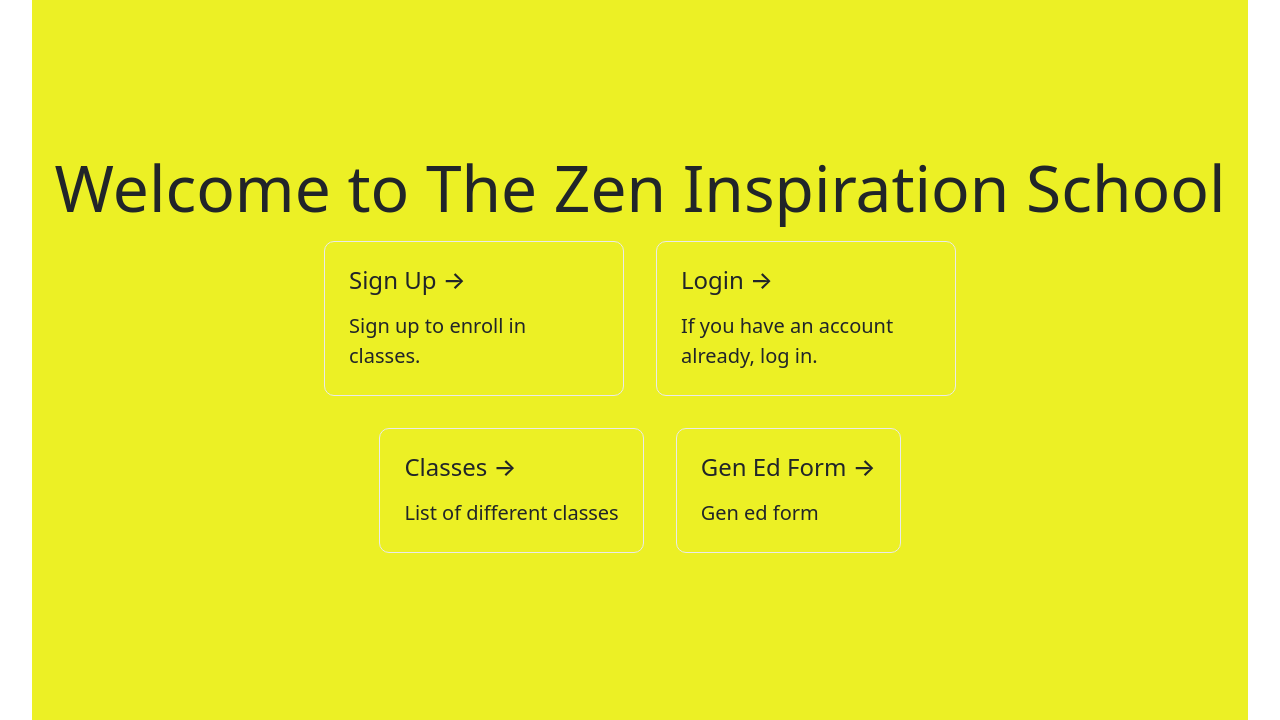
Repository: collegedude9300/zenschool
Page: /
These files come from the project's save history. The page is drawn as it stood at one moment and after the next save; the edit follows.
The browser window is 1280 px wide. The pictures show the whole page.
The project was rebuilt for these pictures with package versions that can differ from the ones it lists, and the page was loaded fresh each time. The framework's server and built-in components were replaced by stand-ins that run in the browser. Also part of the build but not shown: next.config.js.

Above is the page before, as saved 2023-04-14 22:26:40.

### pages/index.js
/* eslint-disable @next/next/no-html-link-for-pages */
import Head from 'next/head'
import Image from 'next/image'
import styles from '../styles/Home.module.css'
import 'bootstrap/dist/css/bootstrap.css'
export default function Home() {
  return (
    <div className={styles.container}>
      <Head>
        <title>Create Next App</title>
        <meta name="description" content="Generated by create next app" />
        <link rel="icon" href="/favicon.png" />
      </Head>

      <main className={styles.main}>
        <h1 className={styles.title}>
          Welcome to The Zen Inspiration School
        </h1>
        <div className={styles.grid}>
          <a href="/SignUp" className={styles.card}>
            <h2>Sign Up &rarr;</h2>
            <p>Sign up to enroll in classes.</p>
          </a>
          <a href="/Login" className={styles.card}>
            <h2>Login &rarr;</h2>
            <p>If you have an account already, log in.</p>
            </a>
            <a href="/Classes" className={styles.card}>
            <h2>Classes &rarr;</h2>
            <p>List of different classes</p>
            </a>
            <a href="/GenEd" className={styles.card}>
            <h2>Gen Ed Form &rarr;</h2>
            <p>Gen ed form</p>
            </a>
        </div>
      </main>
    </div>
  )
}

### styles/Home.module.css
.container {
  padding: 0 2rem;
}
.main {
  min-height: 100vh;
  padding: 4rem 0;
  flex: 1;
  display: flex;
  flex-direction: column;
  justify-content: center;
  align-items: center;
  background-color: #ecf025;
}
.classpage {
  min-height: 100vh;
  padding: 4rem 0;
  flex: 1;
  display: flex;
  flex-direction: column;
  justify-content: center;
  align-items: center;
  background-color: #67ff02;
}
.gened {
  min-height: 100vh;
  padding: 4rem 0;
  flex: 1;
  display: flex;
  flex-direction: column;
  justify-content: center;
  align-items: center;
  background-color: #18e6db;
}
.login {
  min-height: 100vh;
  padding: 4rem 0;
  flex: 1;
  display: flex;
  flex-direction: column;
  justify-content: center;
  align-items: center;
  background-color: #ffc400;
}
.footer {
  display: flex;
  flex: 1;
  padding: 2rem 0;
  border-top: 1px solid #eaeaea;
  justify-content: center;
  align-items: center;
}

.footer a {
  display: flex;
  justify-content: center;
  align-items: center;
  flex-grow: 1;
}

.title a {
  color: #0070f3;
  text-decoration: none;
}

.title a:hover,
.title a:focus,
.title a:active {
  text-decoration: underline;
}

.title {
  margin: 0;
  line-height: 1.15;
  font-size: 4rem;
}

.title,
.description {
  text-align: center;
}

.description {
  margin: 4rem 0;
  line-height: 1.5;
  font-size: 1.5rem;
}

.code {
  background: #fafafa;
  border-radius: 5px;
  padding: 0.75rem;
  font-size: 1.1rem;
  font-family: Menlo, Monaco, Lucida Console, Liberation Mono, DejaVu Sans Mono,
    Bitstream Vera Sans Mono, Courier New, monospace;
}

.grid {
  display: flex;
  align-items: center;
  justify-content: center;
  flex-wrap: wrap;
  max-width: 800px;
}

.card {
  margin: 1rem;
  padding: 1.5rem;
  text-align: left;
  color: inherit;
  text-decoration: none;
  border: 1px solid #eaeaea;
  border-radius: 10px;
  transition: color 0.15s ease, border-color 0.15s ease;
  max-width: 300px;
}

.card:hover,
.card:focus,
.card:active {
  color: #0070f3;
  border-color: #0070f3;
}

.card h2 {
  margin: 0 0 1rem 0;
  font-size: 1.5rem;
}

.card p {
  margin: 0;
  font-size: 1.25rem;
  line-height: 1.5;
}

.logo {
  height: 1em;
  margin-left: 0.5rem;
}

@media (max-width: 600px) {
  .grid {
    width: 100%;
    flex-direction: column;
  }
}

@media (prefers-color-scheme: dark) {
  .card,
  .footer {
    border-color: #222;
  }
  .code {
    background: #111;
  }
  .logo img {
    filter: invert(1);
  }
}

Loaded but not shown: pages/_app.js (common file); styles/globals.css (common file)

After the next save:
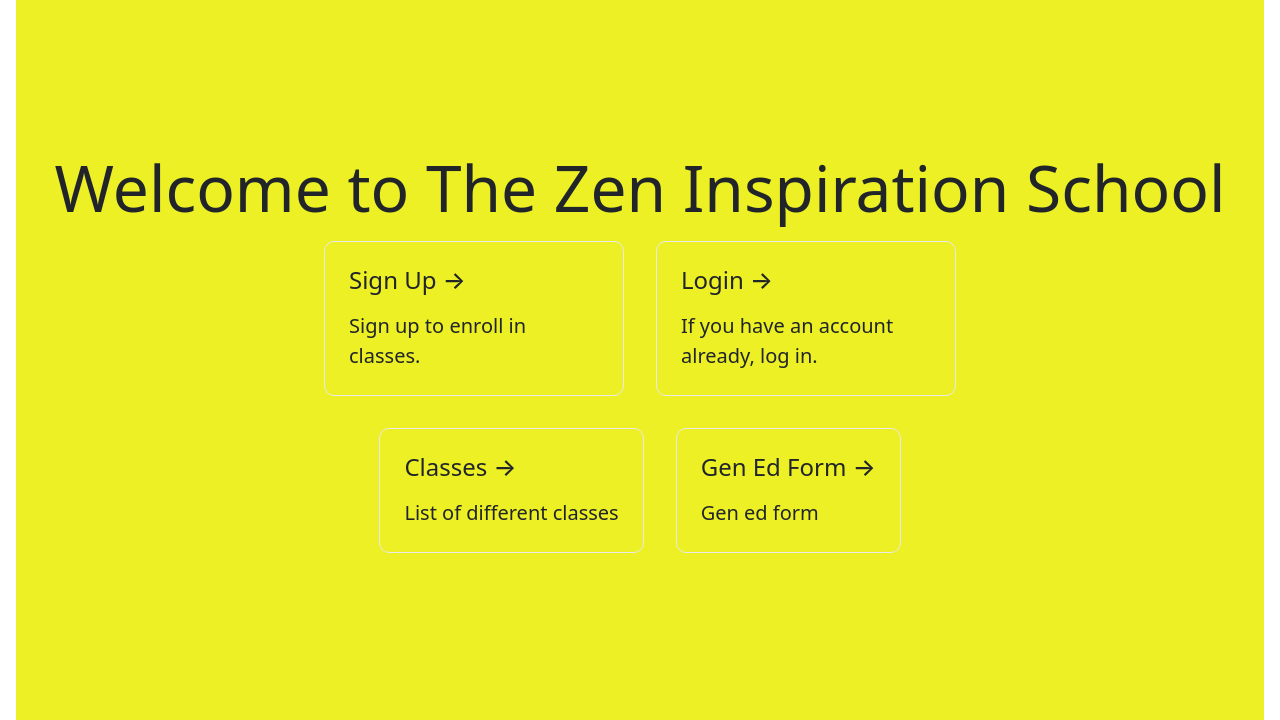
Saved 17 s later.
--- a/styles/Home.module.css
+++ b/styles/Home.module.css
@@ -1,5 +1,5 @@
 .container {
-  padding: 0 2rem;
+  padding: 0 1rem;
 }
 .main {
   min-height: 100vh;
